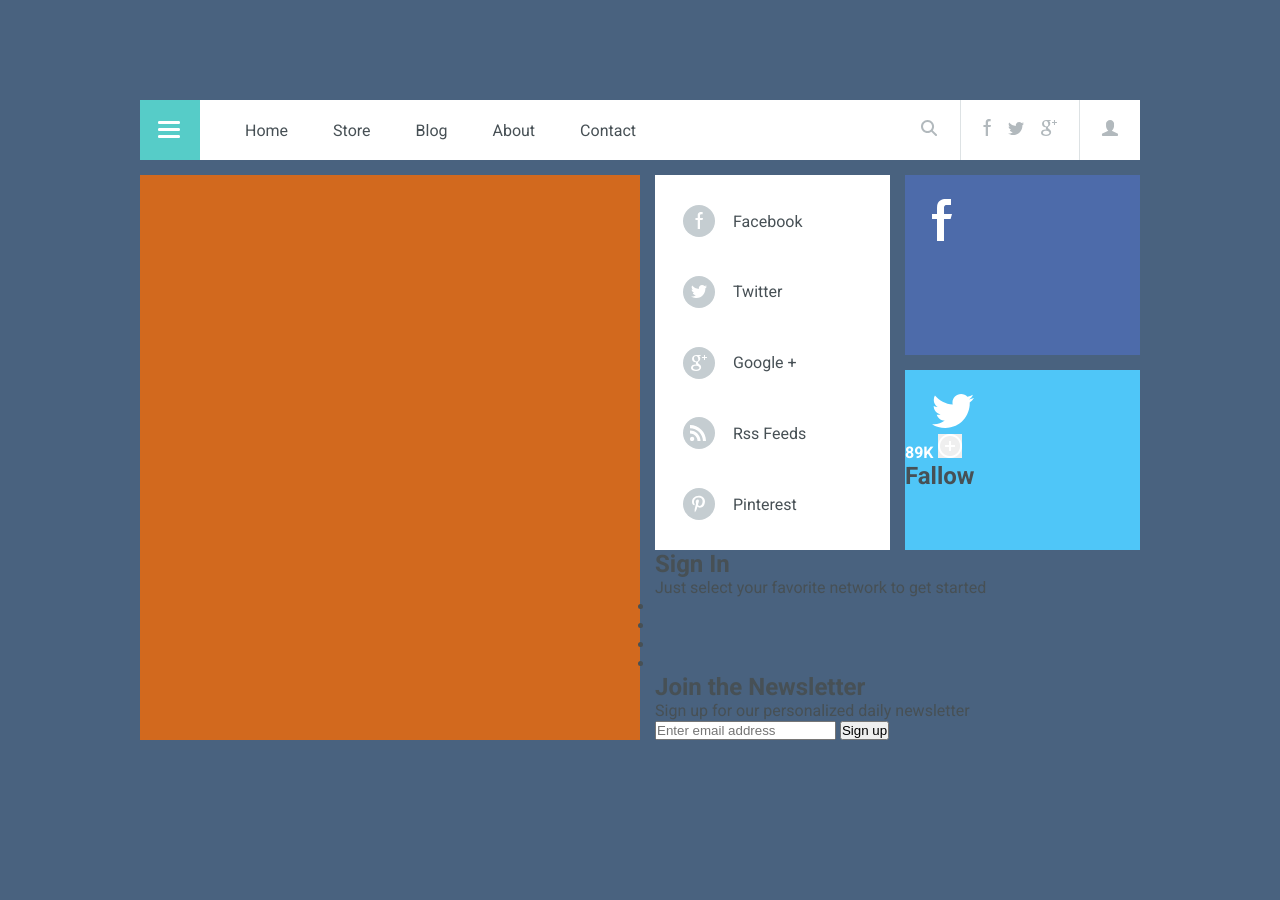
Repository: pawelczubak/WeeklyWebDevChallenge
Page: Challenge_4/index.html
An editor plug-in stored every save of this project. The page is shown before and after the next save, followed by the edit.
The browser window is 1280 px wide. The pictures show the whole page.
Some web libraries are served in a nearby version.

Above is the page before, as saved 2020-04-27 22:28:03.

### Challenge_4/index.html
<!DOCTYPE html>
<html lang="en">

<head>
    <meta charset="UTF-8">
    <meta name="viewport" content="width=device-width, initial-scale=1.0">

    <title>Weekly WebDev Challenge - 4</title>

    <link href="https://fonts.googleapis.com/css2?family=Roboto:wght@300;400;700&display=swap" rel="stylesheet">
    <script src="https://kit.fontawesome.com/f64caa1a2c.js" crossorigin="anonymous"></script>

    <meta name="viewport" content="width = device-width, initial-scale=1, user-scalable=yes">
    <link rel="stylesheet" href="css/main.css">
</head>

<body>
    <div class="container">
        <!--  -----  NAVIGATION START  -----  -->
        <nav class="nav">
            <div class="nav-button">

                <svg xmlns="http://www.w3.org/2000/svg" xmlns:xlink="http://www.w3.org/1999/xlink" width="0.24in"
                    height="0.18in">
                    <path fill-rule="evenodd" fill="rgb(255, 255, 255)"
                        d="M20.653,17.008 L1.347,17.008 C0.603,17.008 -0.000,16.417 -0.000,15.690 L-0.000,15.372 C-0.000,14.644 0.603,14.055 1.347,14.055 L20.653,14.055 C21.397,14.055 22.000,14.644 22.000,15.372 L22.000,15.690 C22.000,16.417 21.397,17.008 20.653,17.008 ZM20.653,9.980 L1.347,9.980 C0.603,9.980 -0.000,9.390 -0.000,8.662 L-0.000,8.344 C-0.000,7.617 0.603,7.027 1.347,7.027 L20.653,7.027 C21.397,7.027 22.000,7.617 22.000,8.344 L22.000,8.662 C22.000,9.390 21.397,9.980 20.653,9.980 ZM20.653,2.952 L1.347,2.952 C0.603,2.952 -0.000,2.362 -0.000,1.635 L-0.000,1.317 C-0.000,0.589 0.603,-0.001 1.347,-0.001 L20.653,-0.001 C21.397,-0.001 22.000,0.589 22.000,1.317 L22.000,1.635 C22.000,2.362 21.397,2.952 20.653,2.952 Z" />
                </svg>

            </div>
            <ul class="nav-list">
                <li class="nav-list__item"><a href="#" class="nav-list__link">Home</a></li>
                <li class="nav-list__item"><a href="#" class="nav-list__link">Store</a></li>
                <li class="nav-list__item"><a href="#" class="nav-list__link">Blog</a></li>
                <li class="nav-list__item"><a href="#" class="nav-list__link">About</a></li>
                <li class="nav-list__item"><a href="#" class="nav-list__link">Contact</a></li>
            </ul>
            <div class="nav-icons">
                <div class="nav-icons__search">
                    <a href="#" class="nav-link__icon">
                        <svg xmlns="http://www.w3.org/2000/svg" xmlns:xlink="http://www.w3.org/1999/xlink"
                            width="0.18in" height="0.17in">
                            <path class="nav-icons__svg" fill-rule="evenodd" fill="rgb(178, 185, 189)"
                                d="M15.728,14.309 L11.786,10.388 C12.600,9.303 13.088,7.963 13.088,6.504 C13.088,2.908 10.157,-0.006 6.541,-0.006 C2.926,-0.006 -0.005,2.908 -0.005,6.504 C-0.005,10.100 2.926,13.014 6.541,13.014 C7.963,13.014 9.275,12.558 10.349,11.793 L14.304,15.726 C14.697,16.117 15.335,16.117 15.728,15.726 C16.121,15.335 16.121,14.700 15.728,14.309 ZM6.541,11.011 C4.038,11.011 2.009,8.994 2.009,6.504 C2.009,4.015 4.038,1.996 6.541,1.996 C9.044,1.996 11.073,4.015 11.073,6.504 C11.073,8.994 9.044,11.011 6.541,11.011 Z" />
                        </svg>
                    </a>
                </div>
                <ul class="nav-icons__social-list">
                    <li class="nav-icons__social-icons">
                        <a href="#" class="nav-link__icon">
                            <svg xmlns="http://www.w3.org/2000/svg" xmlns:xlink="http://www.w3.org/1999/xlink"
                                width="0.09in" height="0.18in">
                                <path class="nav-icons__svg" fill-rule="evenodd" fill="rgb(178, 185, 189)"
                                    d="M7.672,0.063 L6.069,0.063 C6.069,0.063 2.724,-0.188 2.724,3.338 C2.724,4.092 2.724,6.011 2.724,6.011 L0.453,6.011 L0.459,7.910 L2.723,7.910 L2.725,17.002 L5.000,17.002 L5.000,7.910 L7.507,7.910 L8.042,6.011 L5.013,6.011 L5.013,3.266 C5.013,3.266 4.988,2.341 6.072,2.341 L7.662,2.341 L7.672,0.063 Z" />
                            </svg>
                        </a>
                    </li>
                    <li class="nav-icons__social-icons">
                        <a href="#" class="nav-link__icon">
                            <svg xmlns="http://www.w3.org/2000/svg" xmlns:xlink="http://www.w3.org/1999/xlink"
                                width="0.17in" height="0.14in">
                                <path class="nav-icons__svg" fill-rule="evenodd" fill="rgb(178, 185, 189)"
                                    d="M16.027,1.547 C15.437,1.809 14.803,1.985 14.138,2.065 C14.817,1.659 15.338,1.015 15.584,0.250 C14.949,0.625 14.245,0.898 13.497,1.046 C12.897,0.408 12.043,0.009 11.097,0.009 C9.282,0.009 7.810,1.478 7.810,3.291 C7.810,3.547 7.839,3.799 7.895,4.039 C5.163,3.901 2.741,2.595 1.119,0.611 C0.837,1.095 0.674,1.658 0.674,2.259 C0.674,3.398 1.255,4.402 2.137,4.990 C1.598,4.974 1.091,4.825 0.648,4.579 C0.647,4.593 0.647,4.606 0.647,4.621 C0.647,6.211 1.781,7.537 3.285,7.838 C3.009,7.913 2.718,7.953 2.418,7.953 C2.207,7.953 2.000,7.933 1.800,7.894 C2.218,9.198 3.432,10.147 4.871,10.172 C3.746,11.053 2.328,11.578 0.788,11.578 C0.523,11.578 0.261,11.562 0.004,11.531 C1.459,12.462 3.187,13.006 5.043,13.006 C11.089,13.006 14.395,8.006 14.395,3.671 C14.395,3.529 14.393,3.387 14.387,3.246 C15.029,2.783 15.586,2.206 16.027,1.547 Z" />
                            </svg>
                        </a>
                    </li>
                    <li class="nav-icons__social-icons">
                        <a href="#" class="nav-link__icon">
                            <svg xmlns="http://www.w3.org/2000/svg" xmlns:xlink="http://www.w3.org/1999/xlink"
                                width="0.18in" height="0.18in">
                                <path class="nav-icons__svg" fill-rule="evenodd" fill="rgb(178, 185, 189)"
                                    d="M15.006,4.015 L15.006,5.999 L13.966,5.999 L13.966,4.015 L11.997,4.015 L11.997,3.013 L13.966,3.013 L13.966,0.971 L15.006,0.971 L15.006,3.013 L17.010,3.013 L17.010,4.015 L15.006,4.015 ZM8.900,2.055 C9.780,2.557 10.247,3.589 10.247,4.730 C10.247,5.777 9.666,6.620 8.845,7.259 C8.043,7.884 7.891,8.145 7.891,8.676 C7.891,9.129 8.849,9.803 9.290,10.132 C10.823,11.279 11.112,12.000 11.134,13.433 C11.162,15.338 9.199,17.001 6.054,17.001 C3.294,17.001 0.982,15.749 0.982,13.959 C0.982,11.258 2.897,10.385 5.657,10.385 C5.958,10.385 6.233,10.377 6.518,10.377 C6.141,10.013 5.836,9.697 5.836,9.144 C5.836,8.815 5.940,8.501 6.087,8.221 C5.938,8.231 5.785,8.241 5.627,8.241 C3.360,8.241 2.041,6.653 2.041,4.664 C2.041,2.715 4.050,0.969 6.459,0.969 C7.701,0.969 11.208,0.969 11.208,0.969 L10.147,2.055 L8.900,2.055 ZM6.121,11.642 C4.364,11.642 2.912,12.300 2.912,13.538 C2.912,14.799 4.207,15.828 5.999,15.828 C8.520,15.828 9.398,14.865 9.398,13.601 C9.398,13.449 9.394,13.295 9.341,13.156 C8.733,11.642 6.774,11.642 6.121,11.642 ZM8.249,4.923 C8.040,3.342 7.249,2.152 6.035,2.115 C4.820,2.079 3.755,3.182 3.966,4.764 C4.175,6.348 5.330,7.409 6.545,7.446 C7.760,7.481 8.458,6.507 8.249,4.923 Z" />
                            </svg>
                        </a>
                    </li>
                </ul>
                <div class="nav-icons__acount">
                    <a href="#" class="nav-link__icon">
                        <svg xmlns="http://www.w3.org/2000/svg" xmlns:xlink="http://www.w3.org/1999/xlink"
                            width="0.182in" height="0.18in">
                            <path class="nav-icons__svg" fill-rule="evenodd" fill="rgb(178, 185, 189)"
                                d="M15.993,17.030 L1.963,17.030 C1.394,17.030 0.932,16.569 0.932,15.999 L0.932,15.405 C0.932,14.535 1.963,14.374 1.963,14.374 L7.322,11.719 C5.880,10.561 5.056,8.283 5.056,7.156 L5.056,4.578 C5.056,2.871 6.903,0.969 9.181,0.969 C11.459,0.969 13.024,2.871 13.024,4.578 L13.024,7.156 C13.024,8.394 12.208,10.604 10.779,11.729 L15.993,14.374 C15.993,14.374 17.024,14.551 17.024,15.405 L17.024,15.999 C17.024,16.569 16.562,17.030 15.993,17.030 Z" />
                        </svg>
                    </a>
                </div>
            </div>
        </nav>

        <!--  -----  NAVIGATION END  -----  -->

        <!--  -----  MAIN START  -----  -->
        <main class="main">
            <!--  -----  MENU SECTION START  -----  -->
            <section class="menu-section"></section>
            <!--  -----  MENU SECTION END  -----  -->

            <!--  -----  SOCIAL SECTION START  -----  -->
            <section class="social-section">
                <article class="social-section__socials-container">
                    <ul class="socials-container__socials-list">
                        <li class="socials-container__socials-items">
                            <a href="#" class="socials-container__socials-link">
                                <div class="social-link__icon">
                                    <svg xmlns="http://www.w3.org/2000/svg" xmlns:xlink="http://www.w3.org/1999/xlink"
                                        width="0.09in" height="0.18in">
                                        <path class="nav-icons__svg" fill-rule="evenodd" fill="rgb(255, 255, 255)"
                                            d="M7.672,0.063 L6.069,0.063 C6.069,0.063 2.724,-0.188 2.724,3.338 C2.724,4.092 2.724,6.011 2.724,6.011 L0.453,6.011 L0.459,7.910 L2.723,7.910 L2.725,17.002 L5.000,17.002 L5.000,7.910 L7.507,7.910 L8.042,6.011 L5.013,6.011 L5.013,3.266 C5.013,3.266 4.988,2.341 6.072,2.341 L7.662,2.341 L7.672,0.063 Z" />
                                    </svg>
                                </div>
                                <p>Facebook</p>
                            </a>
                        </li>
                        <li class="socials-container__socials-items">
                            <a href="#" class="socials-container__socials-link">
                                <div class="social-link__icon">
                                    <svg xmlns="http://www.w3.org/2000/svg" xmlns:xlink="http://www.w3.org/1999/xlink"
                                        width="0.17in" height="0.14in">
                                        <path class="nav-icons__svg" fill-rule="evenodd" fill="rgb(255, 255, 255)"
                                            d="M16.027,1.547 C15.437,1.809 14.803,1.985 14.138,2.065 C14.817,1.659 15.338,1.015 15.584,0.250 C14.949,0.625 14.245,0.898 13.497,1.046 C12.897,0.408 12.043,0.009 11.097,0.009 C9.282,0.009 7.810,1.478 7.810,3.291 C7.810,3.547 7.839,3.799 7.895,4.039 C5.163,3.901 2.741,2.595 1.119,0.611 C0.837,1.095 0.674,1.658 0.674,2.259 C0.674,3.398 1.255,4.402 2.137,4.990 C1.598,4.974 1.091,4.825 0.648,4.579 C0.647,4.593 0.647,4.606 0.647,4.621 C0.647,6.211 1.781,7.537 3.285,7.838 C3.009,7.913 2.718,7.953 2.418,7.953 C2.207,7.953 2.000,7.933 1.800,7.894 C2.218,9.198 3.432,10.147 4.871,10.172 C3.746,11.053 2.328,11.578 0.788,11.578 C0.523,11.578 0.261,11.562 0.004,11.531 C1.459,12.462 3.187,13.006 5.043,13.006 C11.089,13.006 14.395,8.006 14.395,3.671 C14.395,3.529 14.393,3.387 14.387,3.246 C15.029,2.783 15.586,2.206 16.027,1.547 Z" />
                                    </svg>
                                </div>
                                <p>Twitter</p>
                            </a>
                        </li>
                        <li class="socials-container__socials-items">
                            <a href="#" class="socials-container__socials-link">
                                <div class="social-link__icon">
                                    <svg xmlns="http://www.w3.org/2000/svg" xmlns:xlink="http://www.w3.org/1999/xlink"
                                        width="0.18in" height="0.18in">
                                        <path class="nav-icons__svg" fill-rule="evenodd" fill="rgb(255, 255, 255)"
                                            d="M15.006,4.015 L15.006,5.999 L13.966,5.999 L13.966,4.015 L11.997,4.015 L11.997,3.013 L13.966,3.013 L13.966,0.971 L15.006,0.971 L15.006,3.013 L17.010,3.013 L17.010,4.015 L15.006,4.015 ZM8.900,2.055 C9.780,2.557 10.247,3.589 10.247,4.730 C10.247,5.777 9.666,6.620 8.845,7.259 C8.043,7.884 7.891,8.145 7.891,8.676 C7.891,9.129 8.849,9.803 9.290,10.132 C10.823,11.279 11.112,12.000 11.134,13.433 C11.162,15.338 9.199,17.001 6.054,17.001 C3.294,17.001 0.982,15.749 0.982,13.959 C0.982,11.258 2.897,10.385 5.657,10.385 C5.958,10.385 6.233,10.377 6.518,10.377 C6.141,10.013 5.836,9.697 5.836,9.144 C5.836,8.815 5.940,8.501 6.087,8.221 C5.938,8.231 5.785,8.241 5.627,8.241 C3.360,8.241 2.041,6.653 2.041,4.664 C2.041,2.715 4.050,0.969 6.459,0.969 C7.701,0.969 11.208,0.969 11.208,0.969 L10.147,2.055 L8.900,2.055 ZM6.121,11.642 C4.364,11.642 2.912,12.300 2.912,13.538 C2.912,14.799 4.207,15.828 5.999,15.828 C8.520,15.828 9.398,14.865 9.398,13.601 C9.398,13.449 9.394,13.295 9.341,13.156 C8.733,11.642 6.774,11.642 6.121,11.642 ZM8.249,4.923 C8.040,3.342 7.249,2.152 6.035,2.115 C4.820,2.079 3.755,3.182 3.966,4.764 C4.175,6.348 5.330,7.409 6.545,7.446 C7.760,7.481 8.458,6.507 8.249,4.923 Z" />
                                    </svg>
                                </div>
                                <p>Google +</p>
                            </a>
                        </li>
                        <li class="socials-container__socials-items">
                            <a href="#" class="socials-container__socials-link">
                                <div class="social-link__icon"><svg xmlns="http://www.w3.org/2000/svg"
                                        xmlns:xlink="http://www.w3.org/1999/xlink" width="0.18in" height="0.18in">
                                        <path fill-rule="evenodd" fill="rgb(255, 255, 255)"
                                            d="M12.940,16.102 C12.940,8.949 7.135,3.128 -0.000,3.128 L-0.000,0.051 C8.836,0.051 16.025,7.252 16.025,16.102 L12.940,16.102 ZM10.576,16.098 L7.491,16.098 C7.491,14.088 6.710,12.199 5.293,10.781 C3.879,9.362 1.997,8.582 -0.005,8.582 L-0.005,5.506 C5.829,5.506 10.576,10.258 10.576,16.098 ZM2.129,11.823 C3.310,11.823 4.267,12.775 4.267,13.953 C4.267,15.131 3.310,16.084 2.129,16.084 C0.949,16.084 -0.007,15.131 -0.007,13.953 C-0.007,12.775 0.949,11.823 2.129,11.823 Z" />
                                    </svg></div>
                                <p>Rss Feeds</p>
                            </a>
                        </li>
                        <li class="socials-container__socials-items">
                            <a href="#" class="socials-container__socials-link">
                                <div class="social-link__icon"><svg xmlns="http://www.w3.org/2000/svg"
                                        xmlns:xlink="http://www.w3.org/1999/xlink" width="0.14in" height="0.18in">
                                        <path fill-rule="evenodd" fill="rgb(255, 255, 255)"
                                            d="M7.792,12.696 C6.752,12.696 5.774,12.146 5.440,11.519 C5.440,11.519 4.880,13.696 4.763,14.116 C4.345,15.602 3.119,17.088 3.025,17.208 C2.958,17.293 2.811,17.267 2.796,17.154 C2.769,16.966 2.456,15.092 2.824,13.563 C3.009,12.796 4.063,8.414 4.063,8.414 C4.063,8.414 3.755,7.812 3.755,6.920 C3.755,5.518 4.583,4.474 5.613,4.474 C6.489,4.474 6.910,5.119 6.910,5.892 C6.910,6.755 6.350,8.049 6.061,9.246 C5.819,10.248 6.572,11.065 7.580,11.065 C9.404,11.065 10.633,8.766 10.633,6.041 C10.633,3.970 9.212,2.420 6.627,2.420 C3.707,2.420 1.887,4.558 1.887,6.946 C1.887,7.770 2.135,8.350 2.522,8.798 C2.701,9.005 2.725,9.089 2.661,9.326 C2.614,9.499 2.509,9.918 2.464,10.083 C2.401,10.324 2.202,10.409 1.982,10.320 C0.637,9.782 0.011,8.336 0.011,6.709 C0.011,4.026 2.317,0.807 6.892,0.807 C10.567,0.807 12.986,3.418 12.986,6.221 C12.986,9.926 10.886,12.696 7.792,12.696 Z" />
                                    </svg></div>
                                <p>Pinterest</p>
                            </a>
                        </li>
                    </ul>
                    <div class="socials-container__follow-items">
                        <div class="socials-container__facebook-widget">
                            <svg class="social-container__svg" xmlns="http://www.w3.org/2000/svg"
                                xmlns:xlink="http://www.w3.org/1999/xlink" width="0.21in" height="0.45in">
                                <path fill-rule="evenodd" fill="rgb(255, 255, 255)"
                                    d="M19.026,0.003 L13.818,0.003 C13.818,0.003 5.009,-0.656 5.009,8.630 C5.009,10.616 5.009,15.012 5.009,15.012 L0.013,15.012 L0.029,20.014 L5.006,20.014 L5.011,41.986 L11.990,41.986 L11.990,20.014 L18.591,20.014 L20.000,15.012 L12.023,15.012 L12.023,8.441 C12.023,8.441 11.958,6.005 14.813,6.005 L19.000,6.005 L19.026,0.003 Z" />
                            </svg>
                        </div>
                        <div class="socials-container__twitter-widget">
                            <svg class="social-container__svg" xmlns="http://www.w3.org/2000/svg"
                                xmlns:xlink="http://www.w3.org/1999/xlink" width="0.435in" height="0.374in">
                                <path fill-rule="evenodd" fill="rgb(255, 255, 255)"
                                    d="M42.013,4.032 C40.468,4.717 38.807,5.175 37.064,5.385 C38.843,4.323 40.209,2.639 40.852,0.639 C39.189,1.621 37.344,2.333 35.383,2.721 C33.811,1.052 31.572,0.011 29.095,0.011 C24.337,0.011 20.480,3.851 20.480,8.590 C20.480,9.258 20.556,9.917 20.703,10.545 C13.544,10.184 7.196,6.771 2.947,1.583 C2.206,2.849 1.781,4.321 1.781,5.893 C1.781,8.871 3.302,11.494 5.613,13.033 C4.201,12.989 2.872,12.601 1.711,11.958 C1.710,11.994 1.710,12.030 1.710,12.068 C1.710,16.225 4.680,19.690 8.621,20.478 C7.898,20.675 7.137,20.777 6.351,20.777 C5.797,20.777 5.256,20.726 4.730,20.625 C5.826,24.033 9.008,26.514 12.778,26.580 C9.829,28.882 6.114,30.254 2.079,30.254 C1.383,30.254 0.698,30.214 0.024,30.132 C3.836,32.566 8.364,33.987 13.229,33.987 C29.075,33.987 37.739,20.917 37.739,9.583 C37.739,9.213 37.731,8.840 37.715,8.472 C39.399,7.263 40.858,5.752 42.013,4.032 Z" />
                            </svg>
                            <div class="social-container__fallow-user">
                                <span class="fallow-user__counter">89K</span>
                                <button class="test__button test__button--active"></button>
                                <h2 class="test__h1"></h2>
                            </div>
                        </div>
                    </div>
                </article>
                <article class="social-section__sign-in">
                    <h2 class="socials-container__header">Sign In</h2>
                    <p class="sign-in__paragraph">Just select your favorite network to get started</p>
                    <ul class="sign-in__list">
                        <li class="sign-in__item"><a href="#" class="sign-in__link"></a></li>
                        <li class="sign-in__item"><a href="#" class="sign-in__link"></a></li>
                        <li class="sign-in__item"><a href="#" class="sign-in__link"></a></li>
                        <li class="sign-in__item"><a href="#" class="sign-in__link"></a></li>
                    </ul>
                </article>
                <article class="social-section__newsletter">
                    <h2 class="socials-container__header">Join the Newsletter</h2>
                    <p class="newsletter__paragraph">Sign up for our personalized daily newsletter</p>
                    <form action="GET" class="newsletter__form">
                        <input placeholder="Enter email address" type="email" name="email" required
                            class="newsletter__input" autocomplete="off" />
                        <button class="newsletter__button" formenctype="multipart/form-data" type="submit">Sign
                            up</button>
                    </form>
                </article>
            </section>
            <!--  -----  SOCIAL SECTION END  -----  -->
        </main>
        <!--  -----  MAIN END  -----  -->


    </div>

    <script src="js/main.js" type="text/javascript"></script>
</body>

</html>

Loaded but not shown: Challenge_4/js/main.js (42 lines, source omitted); Challenge_4/css/main.css (335 lines, source omitted)

After the next save:
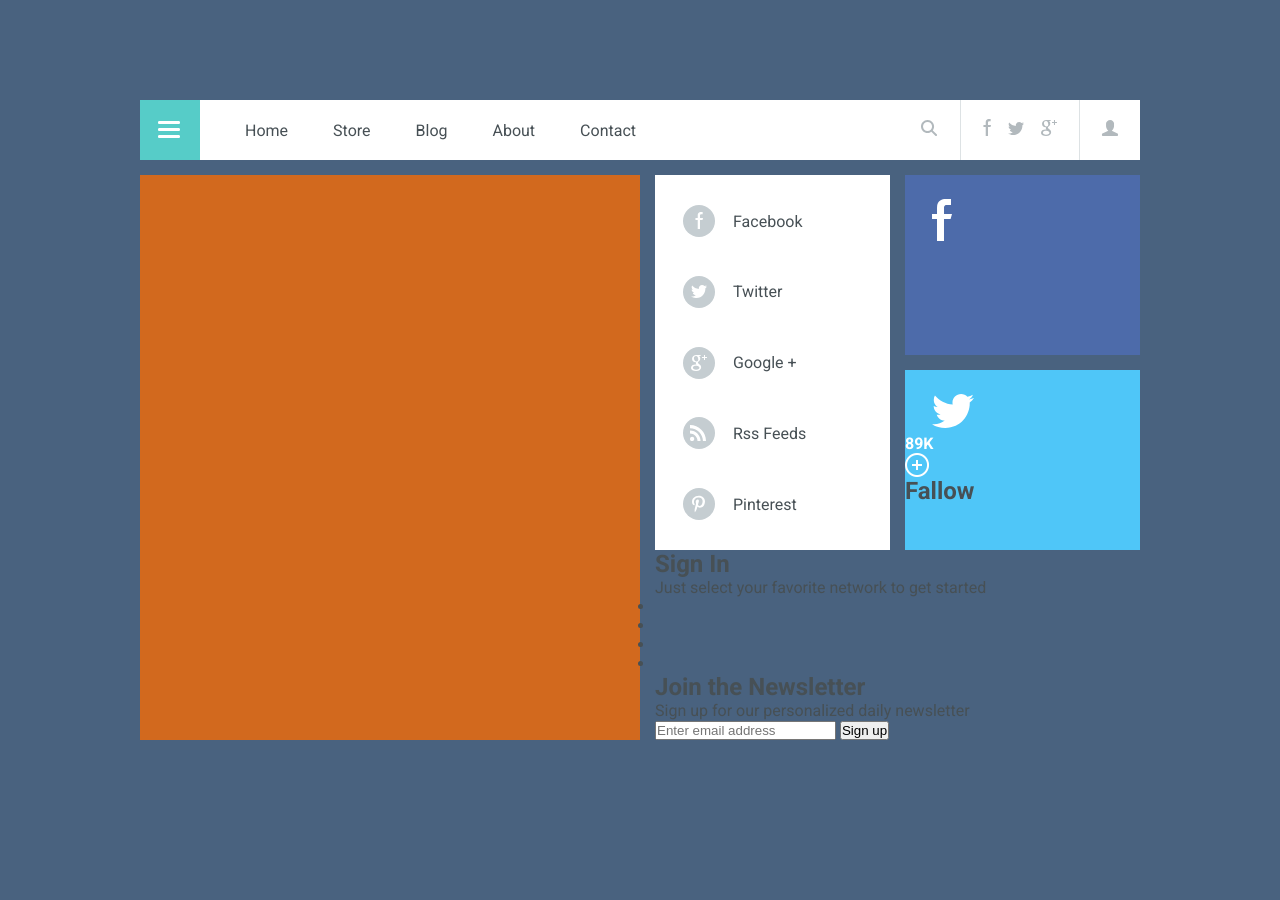
Saved 51 s later.
--- a/Challenge_4/index.html
+++ b/Challenge_4/index.html
@@ -170,7 +170,7 @@
                             </svg>
                             <div class="social-container__fallow-user">
                                 <span class="fallow-user__counter">89K</span>
-                                <button class="test__button test__button--active"></button>
+                                <div class="test__button test__button--active"></div>
                                 <h2 class="test__h1"></h2>
                             </div>
                         </div>
